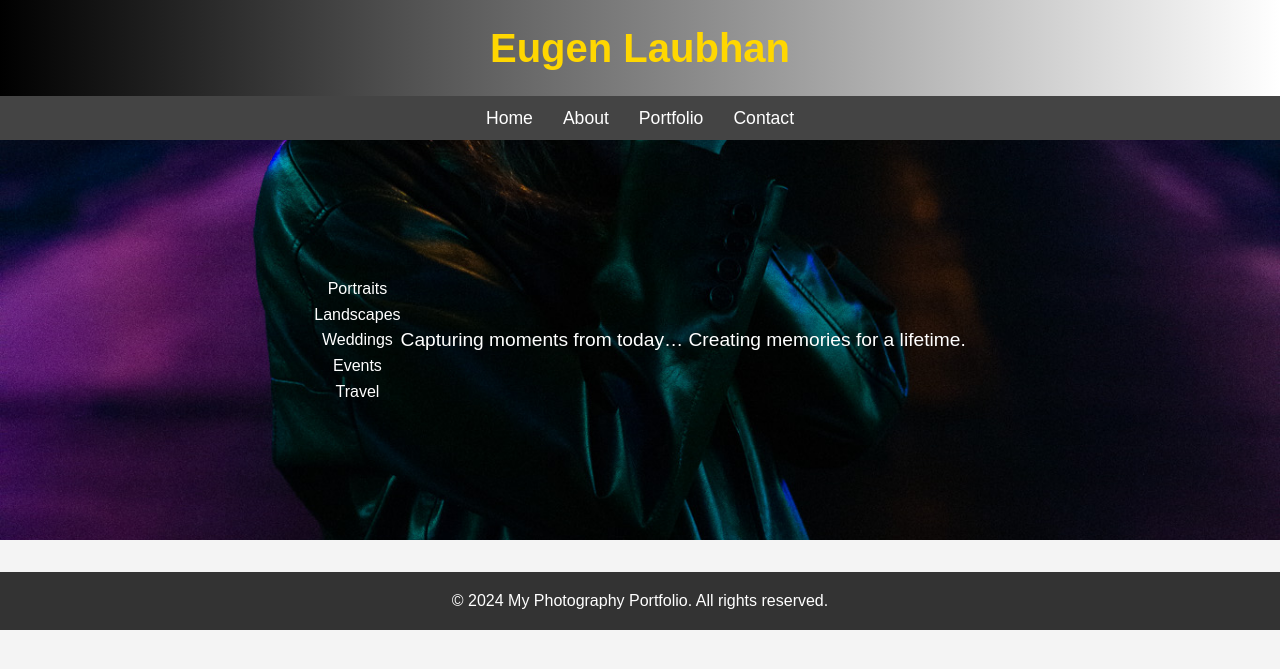
Repository: eugenLau/eugenlau.github.io.LEGACY
Page: /
The author's editor kept a copy of each file at every save. The page is drawn from the files as they stood at one save, then again after the next save.
The browser window is 1280 px wide. The pictures show the whole page.
The project was rebuilt for these pictures with package versions that can differ from the ones it lists, and the page was loaded fresh each time. Also part of the build but not shown: src/components/About.js, src/components/Portfolio.js, src/components/Contact.js.

Above is the page before, as saved 2024-06-14 20:15:50.

### src/index.js
// src/index.js
import React from 'react';
import ReactDOM from 'react-dom';
import './styles/index.css';
import App from './App';

ReactDOM.render(<App />, document.getElementById('root'));

### src/index.css
/* src/index.css */

/* Reset some default browser styles */
* {
  margin: 0;
  padding: 0;
  box-sizing: border-box;
}

body {
  font-family: 'Arial', sans-serif;
  line-height: 1.6;
  background-color: #f4f4f4;
  color: #333;
  margin: 0;
  padding: 0;
}

a {
  text-decoration: none;
  color: #333;
}

ul {
  list-style: none;
}

/* Global layout styling */
.container {
  width: 80%;
  margin: 0 auto;
  padding: 20px;
}

/* Header */
header {
  background-color: #333;
  color: #fff;
  padding: 1rem;
  text-align: center;
  background: url('../public/imageHero00.jpg') no-repeat center center/cover;

}

header h1 {
  color: black;
  margin: 0;
  font-size: 2.5rem;
}

/* Navigation */
nav {
  background: #444;
  color: #fff;
  text-align: center;
  padding: 0.5rem 0;
}

nav ul {
  display: flex;
  justify-content: center;
  padding: 0;
}

nav ul li {
  margin: 0 15px;
}

nav ul li a {
  color: #fff;
  font-size: 1.1rem;
}

nav ul li a:hover {
  color: #ddd;
}

/* Hero Section */
.hero {
  height: 400px;
  display: flex;
  justify-content: center;
  align-items: center;
  color: #fff;
  text-align: center;
  background: url('../public/images/DSC01069.jpg') no-repeat center center/cover;

}

.hero h2 {
  font-size: 3rem;
  margin-bottom: 1rem;
}

.hero p {
  font-size: 1.2rem;
}

/* About Section */
.about {
  padding: 2rem 0;
  text-align: center;
}

.about h2 {
  margin-bottom: 1rem;
  font-size: 2rem;
}

.about p {
  font-size: 1.1rem;
  margin: 0 auto;
  width: 70%;
}

/* Portfolio Section */
.portfolio {
  padding: 2rem 0;
  text-align: center;
}

.portfolio h2 {
  margin-bottom: 1rem;
  font-size: 2rem;
}

.gallery {
  display: flex;
  flex-wrap: wrap;
  justify-content: space-around;
}

.gallery-item {
  margin: 10px;
}

.gallery-item img {
  max-width: 100%;
  height: auto;
  border: 3px solid #ddd;
  transition: transform 0.3s ease;
}

.gallery-item img:hover {
  transform: scale(1.05);
}

/* Contact Section */
.contact {
  padding: 2rem 0;
  text-align: center;
}

.contact h2 {
  margin-bottom: 1rem;
  font-size: 2rem;
}

.contact form {
  display: flex;
  flex-direction: column;
  align-items: center;
}

.contact form label {
  margin: 0.5rem 0;
  width: 80%;
}

.contact form input,
.contact form textarea {
  width: 100%;
  padding: 10px;
  border: 1px solid #ccc;
  border-radius: 5px;
  font-size: 1rem;
}

.contact form button {
  margin-top: 1rem;
  padding: 10px 20px;
  border: none;
  background-color: #333;
  color: #fff;
  font-size: 1.1rem;
  cursor: pointer;
  border-radius: 5px;
}

.contact form button:hover {
  background-color: #555;
}

/* Footer */
footer {
  background: #333;
  color: #fff;
  text-align: center;
  padding: 1rem 0;
  margin-top: 2rem;
}

footer p {
  margin: 0;
}

### src/App.js
// src/App.js
import React from 'react';
import { BrowserRouter as Router, Route, Routes } from 'react-router-dom';
import Header from './components/Header';
import Navigation from './components/Navigation';
import Home from './components/Home';
import About from './components/About';
import Portfolio from './components/Portfolio';
import Contact from './components/Contact';
import Footer from './components/Footer';
import './styles/Header.css';
import './styles/Navigation.css';
import './styles/Home.css';
import './styles/About.css';
import './styles/Portfolio.css';
import './styles/Contact.css';
import './styles/Footer.css';

const App = () => (
  <Router>
    <div>
      <Header />
      <Navigation />
      <Routes>
        <Route path="/" exact element={<Home />} />
        <Route path="/about" element={<About />} />
        <Route path="/portfolio" element={<Portfolio />} />
        <Route path="/contact" element={<Contact />} />
      </Routes>
      <Footer />
    </div>
  </Router>
);

export default App;

### src/components/Header.js
// src/components/Header.js
import React from 'react';
import '../styles/Header.css';

const Header = () => (
  <header class='c-header'>
    <h1>Eugen Laubhan</h1>
  </header>
);

export default Header;

### src/components/Navigation.js
// src/components/Navigation.js
import React from 'react';
import { Link } from 'react-router-dom';
import '../styles/Navigation.css';

const Navigation = () => (
  <nav>
    <ul>
      <li><Link to="/">Home</Link></li>
      <li><Link to="/about">About</Link></li>
      <li><Link to="/portfolio">Portfolio</Link></li>
      <li><Link to="/contact">Contact</Link></li>
    </ul>
  </nav>
);

export default Navigation;

### src/components/Home.js
// src/components/Home.js
import React from 'react';
import '../styles/Home.css';

const Home = () => (
  <main>
    <section className="hero">
    <div className="tags">
        <div className="tag">Portraits</div>
        <div className="tag">Landscapes</div>
        <div className="tag">Weddings</div>
        <div className="tag">Events</div>
        <div className="tag">Travel</div>
      </div>
      <p>Capturing moments from today… Creating memories for a lifetime.</p>
    </section>
  </main>
);

export default Home;

### src/components/Footer.js
// src/components/Footer.js
import React from 'react';
import '../styles/Footer.css';

const Footer = () => (
  <footer>
    <p>&copy; {new Date().getFullYear()} My Photography Portfolio. All rights reserved.</p>
  </footer>
);

export default Footer;

### src/styles/Header.css
/* src/styles/Header.css */
/*header {
    background-color: #333;
    color: #fff;
    padding: 1rem;
    text-align: center;
  }

  header h1 {
    margin: 0;
  }*/

  .c-header {
    background: linear-gradient(to right, black, white);  /* Gradient background from black to white */
    padding: 1rem;  /* Padding around the content */
    text-align: center;  /* Center the text */
    box-shadow: 0 2px 4px rgba(0, 0, 0, 0.1);  /* Subtle shadow */
  }

  .c-header h1 {
    margin: 0;
    font-size: 2.5rem;  /* Font size for the header text */
    color: #ffd700;  /* Golden text color */
  }

Loaded but not shown: public/index.html (common file); src/styles/About.css (no stored copy; drawn as an empty file); src/styles/Contact.css (no stored copy; drawn as an empty file); src/styles/Footer.css (no stored copy; drawn as an empty file); src/styles/Home.css (no stored copy; drawn as an empty file); src/styles/Navigation.css (no stored copy; drawn as an empty file); src/styles/Portfolio.css (no stored copy; drawn as an empty file)

After the next save:
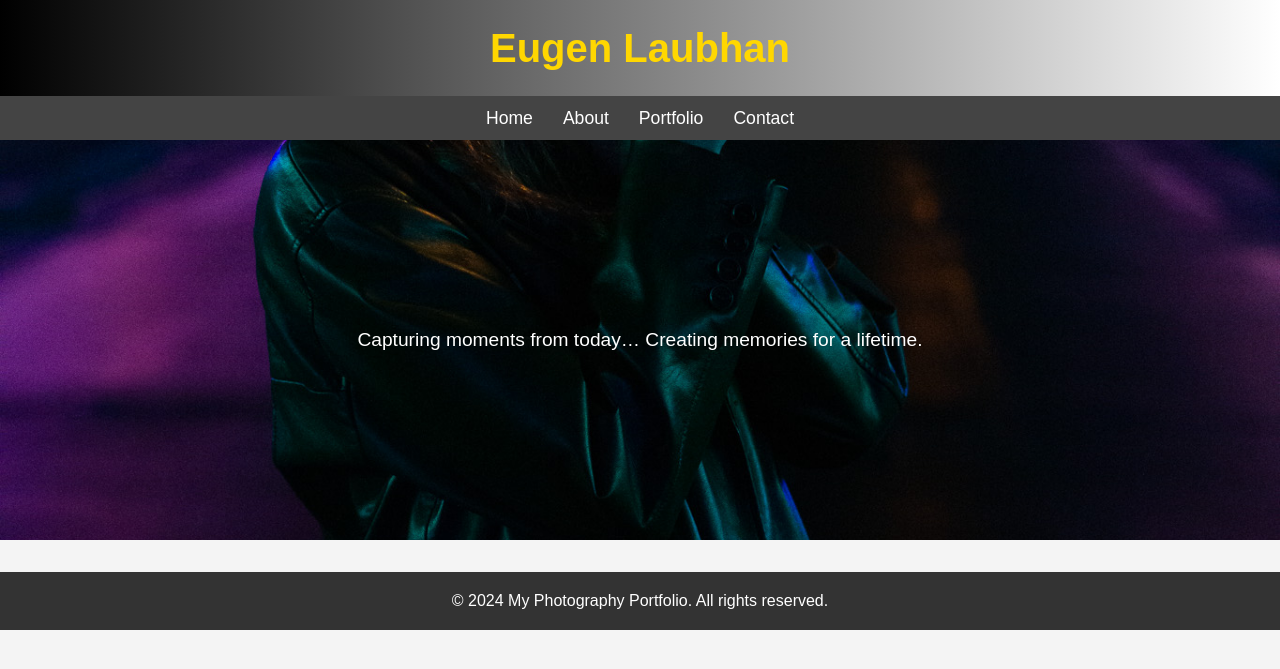
Saved 73 days later.
--- a/src/components/Home.js
+++ b/src/components/Home.js
@@ -6,11 +6,7 @@ const Home = () => (
   <main>
     <section className="hero">
     <div className="tags">
-        <div className="tag">Portraits</div>
-        <div className="tag">Landscapes</div>
-        <div className="tag">Weddings</div>
-        <div className="tag">Events</div>
-        <div className="tag">Travel</div>
+
       </div>
       <p>Capturing moments from today… Creating memories for a lifetime.</p>
     </section>
